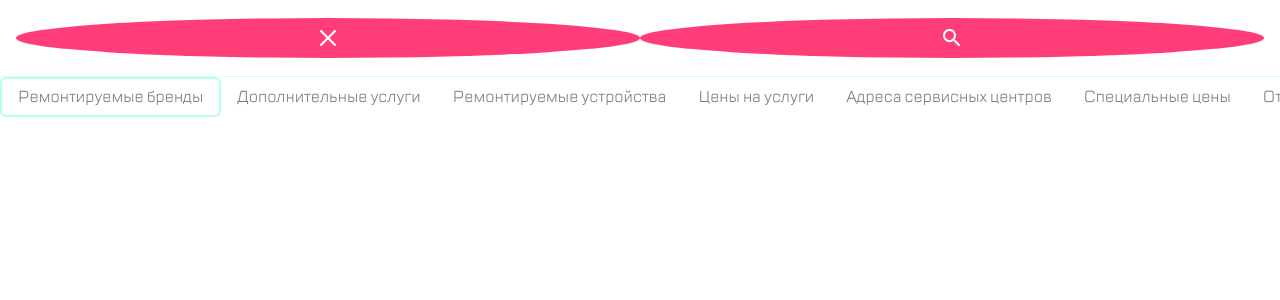
Repository: Dedoxa/Kata-WebCore-
Page: aside.html
These files come from the project's save history. The page is drawn as it stood at one moment and after the next save; the edit follows.
The browser window is 1280 px wide. The pictures show the whole page.

Above is the page before, as saved 2024-05-10 17:28:59.

After the next save:
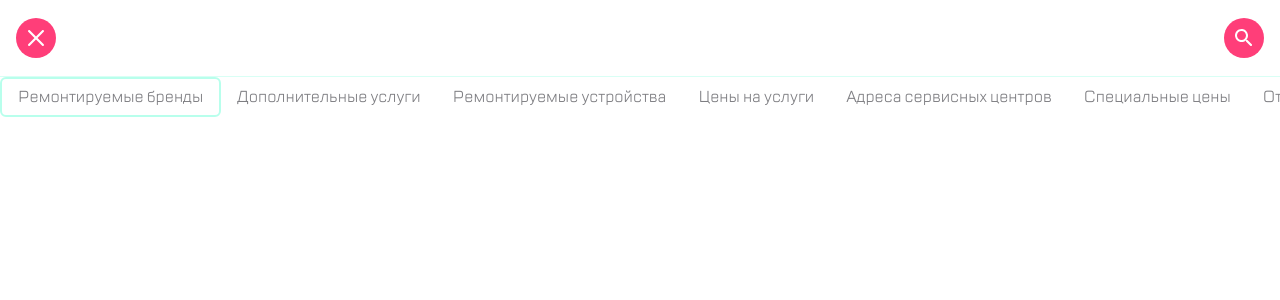
Saved 60 s later.
--- a/aside.css
+++ b/aside.css
@@ -83,7 +83,7 @@
   }
 
   .icon {
-    flex: 1 1 auto;
+    flex: 0 0 auto;
     position: relative;
     width: 40px;
     height: 40px;
